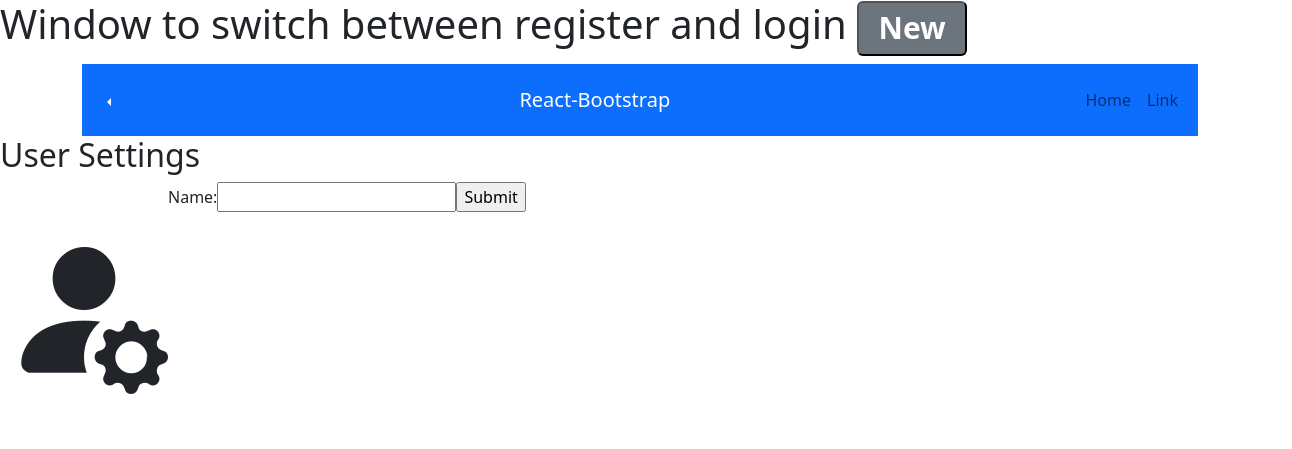
Repository: christenis98/RealWorldApp
Page: / (app in bank-frontend/)
The author's editor kept a copy of each file at every save. The page is drawn from the files as they stood at one save, then again after the next save.
The browser window is 1280 px wide. The page is 1292 px wide, then 1280 px, so the pictures cover 1292 px, including what lies to the right of the window. The pictures show the whole page.
The project was rebuilt for these pictures with package versions that can differ from the ones it lists, and the page was loaded fresh each time. Also part of the build but not shown: bank-frontend/src/App.css.

Above is the page before, as saved 2022-11-24 12:27:45.

After the next save:
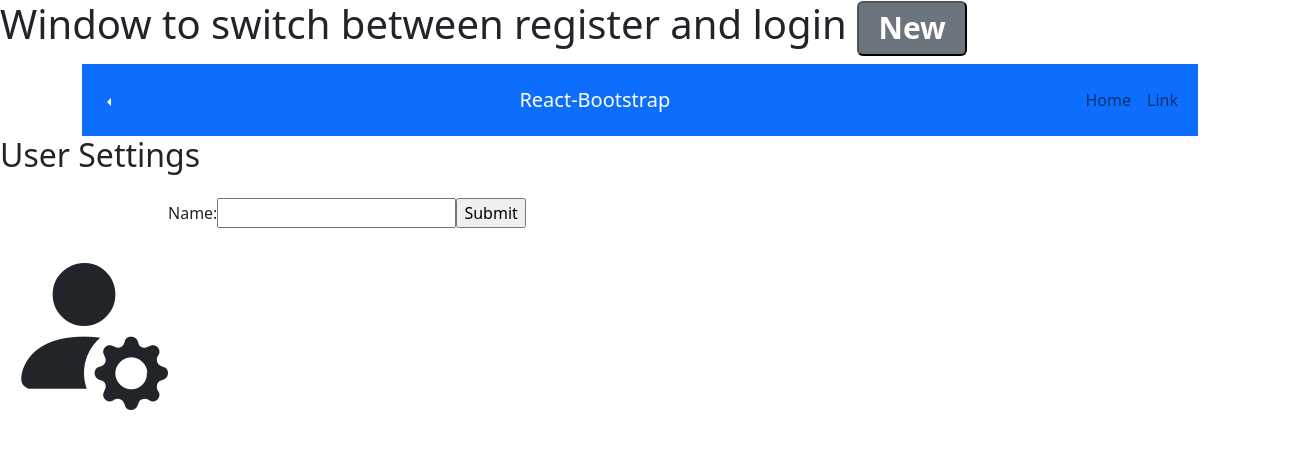
Saved 33 s later.
--- a/bank-frontend/src/js/UserSettings.jsx
+++ b/bank-frontend/src/js/UserSettings.jsx
@@ -2,8 +2,11 @@ import React from 'react'
 
 function UserSettings() {
     return (
-        <div className="d-flex flex-column bd-highlight mb-3 row justify-content-center">
-            <h2>User Settings</h2>
+        <div className="d-flex flex-column bd-highlight mb-3">
+            <div className="d-flex flex-row bd-highlight mb-3">
+                <h2>User Settings</h2>
+            </div>
+
             <div className="d-flex flex-row bd-highlight mb-3">
                 <i className="bi bi-person-fill-gear" style={{ fontSize: "1050%" }}></i>
                 <div>
